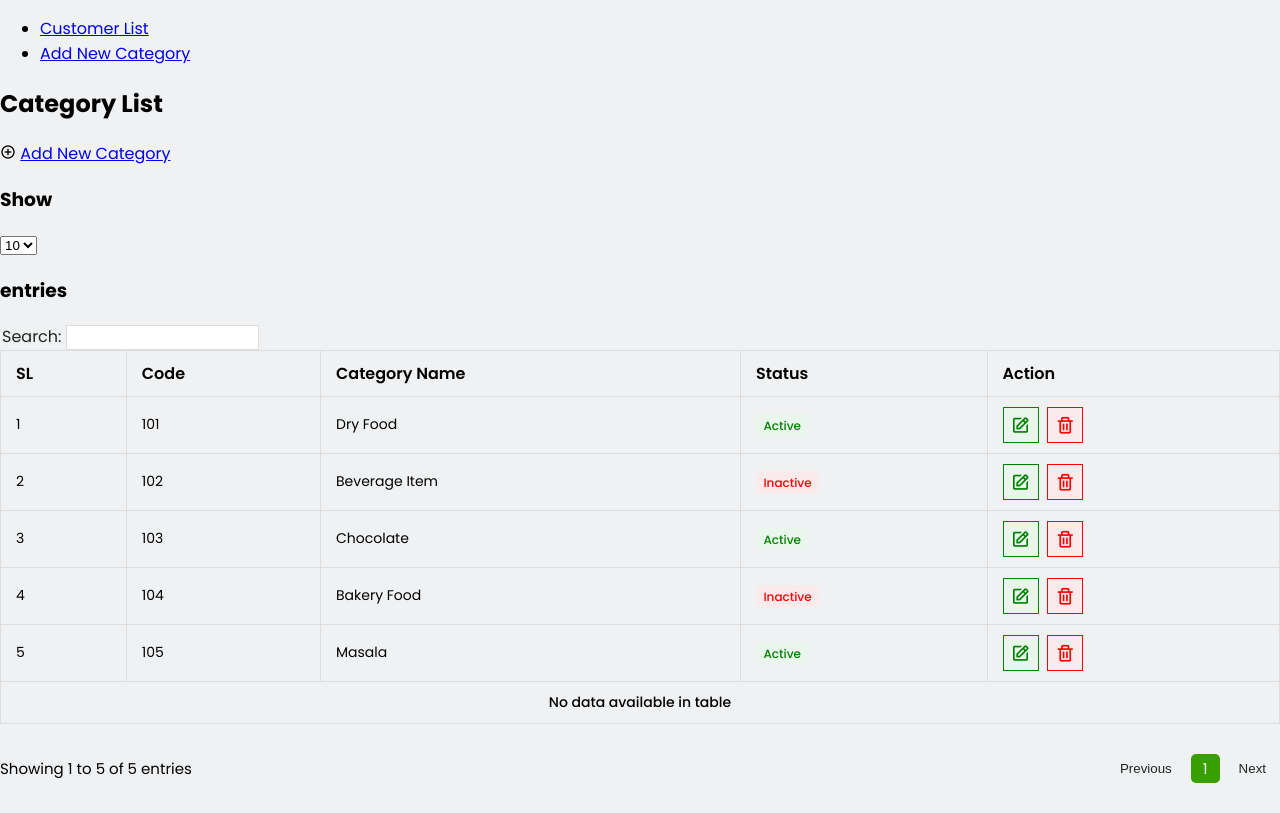
Repository: codebyaddro/customer-page
Page: customer.html
The author's editor kept a copy of each file at every save. The page is drawn from the files as they stood at one save, then again after a run of saves.
The browser window is 1280 px wide. The pictures show the whole page.

Above is the page before, as saved 2025-02-20 13:49:34.

After the next 2 saves:
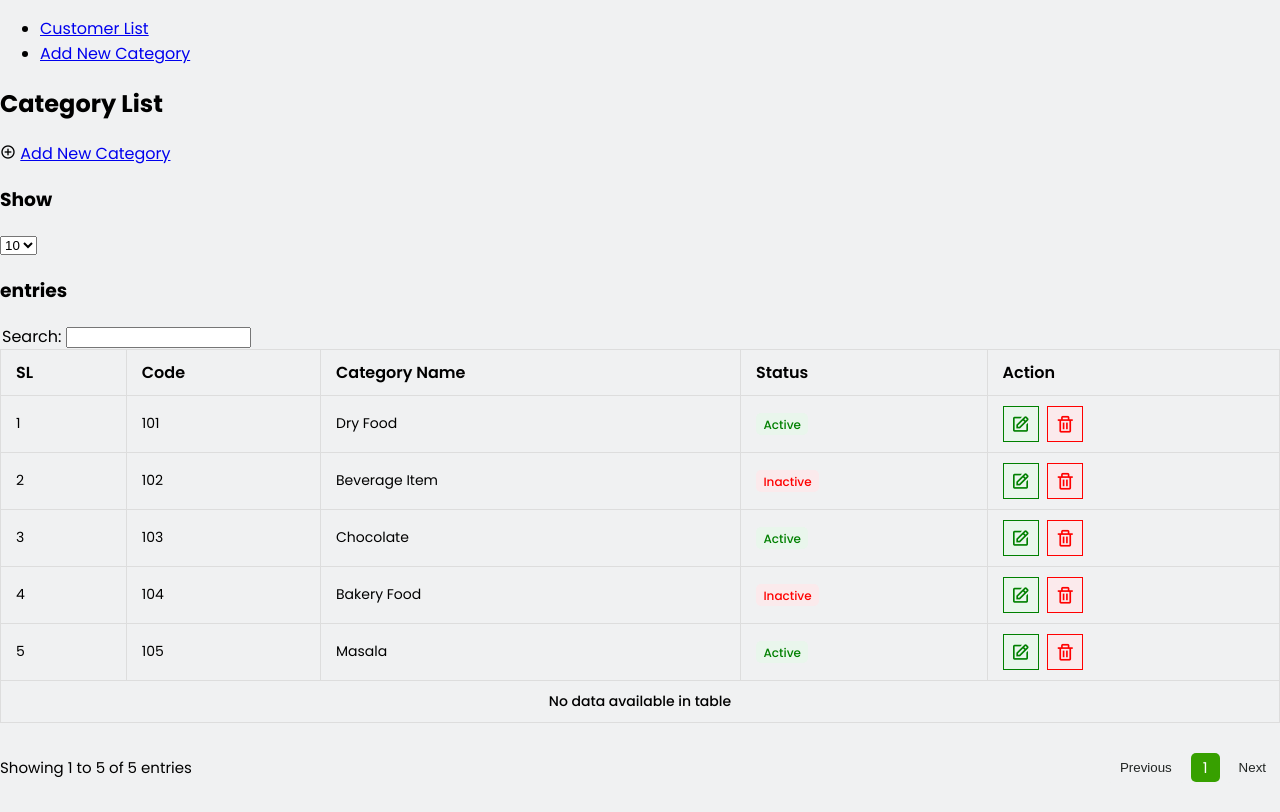
The 2 saves are shown as one change because they came seconds apart.
The last was saved 16 s later.
--- a/customer.html
+++ b/customer.html
@@ -38,11 +38,11 @@
                     </select>
                     <h3>entries</h3>
                 </div>
-                <div class="search-box">
+                <div class="cba-cusc-search-box">
                     <legend>Search: <input type="text"></legend>
                 </div>
             </div>
-            <div class="table-list">
+            <div class="cba-cusc-table-list">
                 <table>
                     <thead>
                         <tr>
